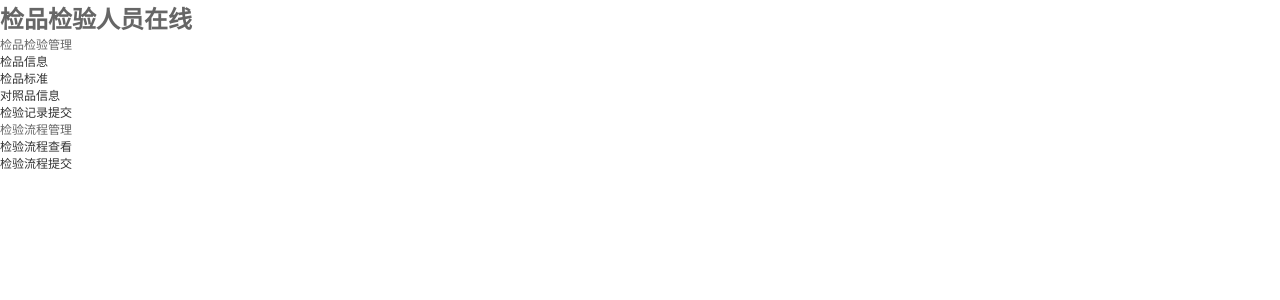
Repository: Shaoxubao/Java
Page: http://localhost/msm/jsp/yewu/yewu_menu.jsp
The author's editor kept a copy of each file at every save. The page is drawn from the files as they stood at one save, then again after the next save.
The browser window is 1280 px wide. The pictures show the whole page.
The page is served by Tomcat 9. Nobody is signed in. The application's start-up code is not run.

Above is the page before, as saved 2015-06-14 09:46:31.

After the next save:
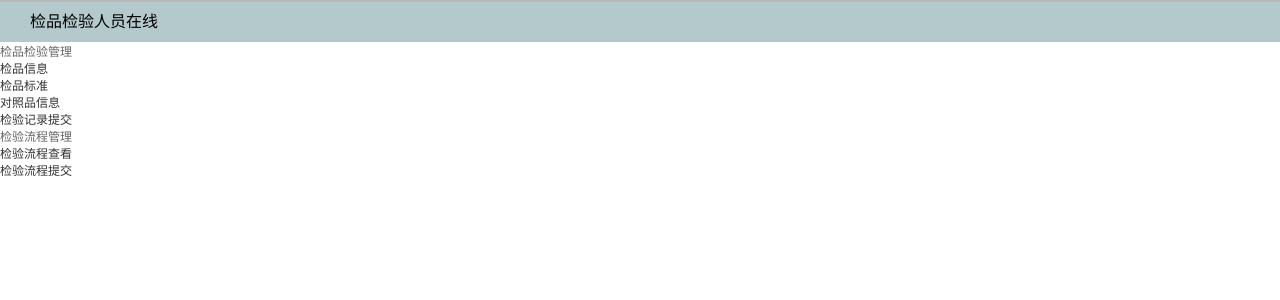
Saved 38 s later.
--- a/msm/WebContent/jsp/yewu/yewu_menu.jsp
+++ b/msm/WebContent/jsp/yewu/yewu_menu.jsp
@@ -24,7 +24,7 @@
 	});
 	</script>
 
-    <h1>检品检验人员在线</h1>
+    <div class="ny_zbbt"><span>检品检验人员在线</span></div>
     <div>
       <ul>
         <li>检品检验管理
